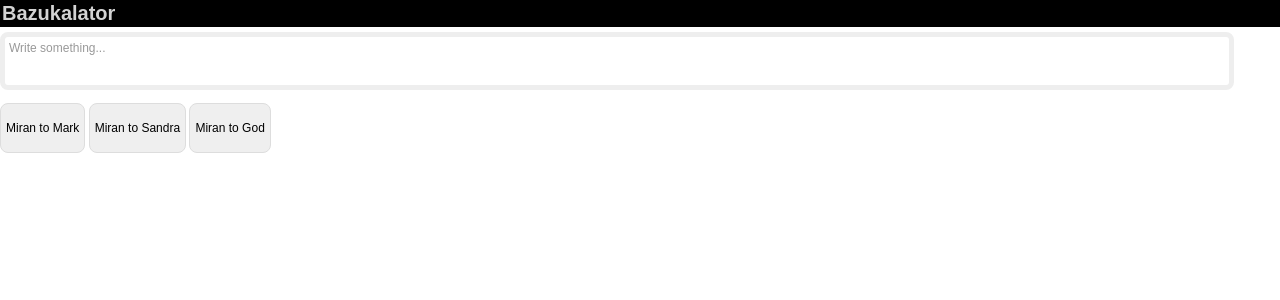
Repository: mbadzak/bazukalator
Page: Bazukalator/assets/www/index.html
An editor plug-in stored every save of this project. The page is shown before and after the next save, followed by the edit.
The browser window is 1280 px wide. The pictures show the whole page.

Above is the page before, as saved 2012-10-14 06:00:36.

### Bazukalator/assets/www/index.html
<!DOCTYPE HTML>
<html>
<head>
<title>Hello World</title>
<script type="text/javascript" charset="utf-8" src="cordova-2.1.0.js"></script>
<script type="text/javascript" src="jquery.min.js"></script>
<script type="text/javascript" src="jquery.autosize-min.js"></script>
<script type="text/javascript" src="utl.js"></script>

<link type="text/css" href="style.css" rel="stylesheet">
<style>
.lang_button {
  height: 50px;
  padding: 5px;
}
.post_box {
  padding: 5px;
  position: relative;
  top: 1px;
}
body {
  background-image: none;
}
.this_page {
  text-align: left;
  background-size: 100%;
  background-attachment: fixed;
  background-repeat: repeat-x;
}
</style>

</head>
<body>


<script type="text/javascript">
    var orig_text = "";
</script>
<div class="this_page">
  <div class="generic_heading" style="color: lightgray; background: black; padding: 2px;">
    Bazukalator
  </div>
  <div style="margin-top: 5px; text-align: left;">
    <textarea name="msg"
              id="msg"
              onFocus="utl_clear_text_field(this, 'Write something...');"
              class="generic_box"
              style="width: 95%; height: 40px; border: 5px solid #eeeeee; z-index: 1;"
              autocomplete="off">Write something...</textarea>
  </div>
  <div style="margin-top: 10px;">
    <input type="button"
           id="btn_submit1"
           class="lang_button"
           value="Miran to Mark">
    <input type="button"
           id="btn_submit2"
           class="lang_button"
           value="Miran to Sandra">
    <input type="button"
           id="btn_submit3"
           class="lang_button"
           value="Miran to God">
  </div>

  <div id="post" style="margin: 20px 0px 0px 5px; text-align: left; display: none; ">
    <div style="float: left; clear: both; width: 50%; font-size: 11px;">
      <input type="radio"
           id="post_facebook"
           class="post_box"
           checked="checked"
           value="Post to Facebook">
           <img class="button_img img_norad" src="img/fb-icon.png" width="15" height="15">
           Facebook
    </div>
    <div style="float: left; width: 50%; font-size: 11px;">
      <input type="radio"
           id="post_twitter"
           class="post_box"
           checked="checked"
           value="Post to Facebook">
           <img class="button_img img_norad" src="img/twitter-icon.png" width="15" height="15">
           Twitter
    </div>
  </div>
  <div id="post2" style="display: none; margin-top: 55px; margin-left: 0px;">
      <input type="button" value="Post" style="padding: 5px;">
  </div>
</div>
<script type="text/javascript">
    $("#btn_submit1").click(function() { submit(1); });
    $("#btn_submit2").click(function() { submit(2); });
    $("#btn_submit3").click(function() { submit(3); });

    function submit(lang) {
        if (orig_text == "")
            orig_text = $("#msg").val();

        var req = orig_text;
        if (req == "")
            return;

        $.post("http://localhost:8080/index.php/translator/svc",
              { req: req, lang: lang },
              function(data) {
             	$("#msg").val(data);
                $("#post").css("display", "block");
                $("#post2").css("display", "block");
              }
        );
    }

    function reset()
    {
    	$('#msg').val('');
        orig_text = "";
        $("#post").css("display", "none");
        $("#post2").css("display", "none");
    }

</script>

</body>
</html>

### Bazukalator/assets/www/jquery.autosize-min.js
// Autosize 1.7 - jQuery plugin for textareas
// (c) 2011 Jack Moore - jacklmoore.com
// license: www.opensource.org/licenses/mit-license.php
(function(a,b){var c="hidden",d='<textarea style="position:absolute; top:-9999px; left:-9999px; right:auto; bottom:auto; box-sizing:content-box; word-wrap:break-word; height:0 !important; min-height:0 !important; overflow:hidden">',e=["fontFamily","fontSize","fontWeight","fontStyle","letterSpacing","textTransform","wordSpacing"],f="oninput",g="onpropertychange",h=a(d)[0];h.setAttribute(f,"return"),a.isFunction(h[f])||g in h?a.fn.autosize=function(b){return this.each(function(){function p(){var a,b;m||(m=!0,j.value=h.value,j.style.overflowY=h.style.overflowY,j.style.width=i.css("width"),j.scrollTop=0,j.scrollTop=9e4,a=j.scrollTop,b=c,a>l?(a=l,b="scroll"):a<k&&(a=k),h.style.overflowY=b,h.style.height=h.style.minHeight=h.style.maxHeight=a+o+"px",setTimeout(function(){m=!1},1))}var h=this,i=a(h).css({overflow:c,overflowY:c,wordWrap:"break-word"}),j=a(d).addClass(b||"autosizejs")[0],k=i.height(),l=parseInt(i.css("maxHeight"),10),m,n=e.length,o=i.css("box-sizing")==="border-box"?i.outerHeight()-i.height():0;l=l&&l>0?l:9e4;while(n--)j.style[e[n]]=i.css(e[n]);a("body").append(j),g in h?f in h?h[f]=h.onkeyup=p:h[g]=p:h[f]=p,a(window).resize(p),i.bind("autosize",p),p()})}:a.fn.autosize=function(){return this}})(jQuery);

### Bazukalator/assets/www/utl.js
String.prototype.trim = function() {
    return this.replace(/^\s+|\s+$/g, "");
};
String.prototype.trim_newline = function() {
	return this.replace(/(\r\n|\n|\r)/gm,"");
};

/*
 * utl_clear_text_field
 * IN	field	field to clear
 */
function utl_clear_text_field(field, init_value) {
	if (field.value.toString() == init_value.toString())
		field.value = "";
	field.style.color = "#000000";
	field.style.background = "#FFFFFF";
}

function utl_clear_text_field_id(id, init_value)
{
	var field = document.getElementById(id);
	return utl_clear_text_field(field, init_value);
}

function utl_clear_password_field(disp_p, real_p) {
	var dp = document.getElementById(disp_p);
	var rp = document.getElementById(real_p);
	dp.style.display = "none";
	rp.style.display = "inline";

	rp.focus();
}

function utl_reset_password_field(disp_p, real_p) {
	var dp = document.getElementById(disp_p);
	var rp = document.getElementById(real_p);
	if (rp.value == "") {
		dp.style.display = "inline";
		rp.style.display = "none";
		dp.value = "Password";
	}
}

function utl_reset_text_field(field, value) {
	if (field.value == "") {
		field.value = value;
		field.style.color = "#999999";
	}
}

function utl_focus(id)
{
	var elem = document.getElementById(id);
	elem.focus();
}

function utl_is_int(a)
{
	return parseInt(a, 10) === a;
}
function utl_handle_enter(field, event)
{
	if (event.keyCode == 13) {
		$(field).closest('form').submit();
		return false;
	}
	return true;
}

/**
 * @deprecated use jquery plugin instead
 * @param field
 * @param event
 * @param max_per_line
 */
function utl_expand_texarea_as_you_go(field, event, max_per_line)
{
	var chars = field.value.length;
	var rows = chars / max_per_line;
	var newline_count;
	var total_size = 18;
	var modified = false;

	if (chars == 0) return;

	newline_count = (field.value.split('\n')).length - 1;

	if (utl_is_int(rows))
	{
		total_size += (rows * 12);
		modified = true;
	}

	if (newline_count > 0) {
		total_size += (newline_count * 16);
		modified = true;
	}

	if (modified)
		field.style.height = total_size + "px";
}

/*
 * utl_toggle_visibility
 * IN	field	field to clear
 */
function utl_toggle_visibility(field) {
	var fl = document.getElementById(field);
	fl.style.display = (fl.style.display == "block") ? "none" : "block";
}

/*
 * utl_toggle_visibility
 * IN	field	field to show
 */
function utl_show_field(field) {
	var fl = document.getElementById(field);
	if (fl == null)
		return;
	fl.style.display = "block";
}

function utl_hide_field(field) {
	var fl = document.getElementById(field);
	if (fl == null)
		return;
	fl.style.display = "none";
}

function utl_show_obj(obj)
{
	obj.style.display = "block";
}
function utl_hide_obj(obj)
{
	obj.style.display = "none";
}


function generate_uuid()
{
	/* credit: http://stackoverflow.com/questions/105034/how-to-create-a-guid-uuid-in-javascript */
	var uuid = 'xxxxxxxx-xxxx-4xxx-yxxx-xxxxxxxxxxxx'.replace(/[xy]/g, function(c) {
	    var r = Math.random()*16|0, v = c == 'x' ? r : (r&0x3|0x8);
	    return v.toString(16);
	});

	return uuid;
}

### Bazukalator/assets/www/style.css
* {
	font-family: Arial, Geneva, Helvetica, sans-serif;
	font-size: 12px;
	outline-width: 0px;
}
body {
 	margin: 0px;
 	text-align: center;
}
textarea {
	resize: none;
}
textarea, select,
input {
	border: 1px solid #DDD;
	-moz-border-radius: 8px;
  	-webkit-border-radius: 8px;
  	border-radius: 8px;
  	behavior: url(../../../pie/PIE.php);
}
select {
	border: 1px solid #DDD;
}

.browse_image_button,
.generic_button,
.generic_button_cancel,
.loginbutton {
	font-size: 12px;
	background-color: #22370B;
	color: #FFFFFF;
	text-decoration: none;
	padding: 4px 6px 4px 6px;
	border: 0px none;
	font-weight: bold;
	width: auto;
	overflow: visible;
	margin: 0px 0px 0px 0px;
	cursor: default;

	-moz-border-radius: 8px;
  	-webkit-border-radius: 8px;
  	border-radius: 8px;
  	behavior: url(../../../pie/PIE.php);

  	cursor: pointer;
}
.generic_button:hover {
	background-color: #6EA000;
}
.generic_button_cancel:hover {
	background-color: #ffffff;
}
<!--[if IE]>
<style>
.browse_image_button,
.generic_button,
.generic_button_cancel,
.loginbutton {
    width: 0px;
}
</style>
<![endif]-->

.loginbutton {
	width: 30px;
	padding: 0px;
}
.generic_button_cancel {
	color: #000000;
	background-color: #EFF5ED;
}
.browse_image_button {
	background-color: transparent;
	color: #000000;
	border: thin solid #20862F;
	height: 20px;
}

.generic_box,
.generic_box_blank,
.stallboxpost,
.stallboxpostreply,
.searchbox,
.loginbox,
.loginbox_selected {
	font-size: 12px;
	border: 1px solid #DDD;
	padding: 4px;
	margin: 0px;
	color: #999999;
}
.generic_box_blank {
	color: #000000;
}
.loginbox_selected {
	color: #000000;
}
.searchbox {
	border: 0px none;
	width: 135px;
}

.line {
	border-top-width: 1px;
	border-top-style: solid;
	border-top-color: #20862F;
}
.footer {
	clear: both;
	color: white;
	font-size: 12px;
}

.change_picture_link,
.more_teams_link,
.more_games_link,
.vertical_menu_link {
	text-decoration: none;
	border: 0px none;
	font-weight: bold;
	cursor: pointer;
}
.menu_link {
	cursor: pointer;
	padding: 10px;
	bottom: +10px;
	position: relative;
	font-weight: bold;
}
.more_games_link,
.more_teams_link {
	color: #1B7027;
}
.more_games_link {
	margin-bottom: 20px;
}
.vertical_menu_link {
	width: 150px;
	float: left;
}
.change_picture_link {
	font-size: 10px;
	width: 95px;
}
.field_name {
	font-size: 12px;
	color: #000000;
}
.home_sport_listing {
	font-size: 12px;
	color: #000000;
	font-weight: none;
}
.generic_heading,
.user_heading {
	font-size: 20px;
	font-weight: bold;
}

.generic_subheading,
.item_descriptor,
.team_subheading,
.user_subheading {
	font-size: 12px;
	font-weight: bold;
	color: #777777;
}
.user_subheading {
	font-size: 14px;
}
.menu_item_img {
	position:relative;
	bottom:-3px;
	left: -2px;

}
.menu_item {
	padding-left: 10px;
	padding-right: 10px;
	padding-top: 4px;
	padding-bottom: 4px;
	float: left;
	-moz-border-radius: 8px;
	-webkit-border-radius: 8px;
	border-radius: 8px;
	behavior: url(../../../pie/PIE.php);
}
.button_img {
	position:relative;
	bottom:-2px;
	left: -0px;
}
h3,
h1 {
	font-size: 18px;
	font-weight: bold;
}
h3 {
	color: #CCCCCC;
}
h2 {
	font-size: 12px;
}
.small_instructions {
	font-size: 10px;
	color: gray;
}

.team_standings_entry_small {
	font-size: 10px;
	color: #777777;
	font-weight: normal;
}
.stall {
	border-top-width: 0;
	/* border-right-width: thin; */
	border-top-style: solid;
	/* border-right-style: solid; */
	border-top-color: #CCCCCC;
	border-left-width: 0;
	border-left-style: solid;
	border-left-color: #CCCCCC;
}
.league_stats {
	border-top-width: 0px;
	/* border-right-width: thin; */
	border-top-style: solid;
	/* border-right-style: solid; */
	border-top-color: #CCCCCC;
	/* border-right-color: #CCCCCC; */
}
.team_standings_heading,
.team_standings_entry {
	font-size: 12px;
	text-align: center;
}
.team_standings_heading {
	font-weight: bold;
	float: left;
	width:40px;
	height:30px;
}

/*
 * Team and league display headings
 */
.team_upcoming_heading,
.team_results_heading {
	font-weight: bold;
	width: 420px;
	height: 20px;
	clear: both;
	margin-bottom: 5px;
	font-size: 14px;
	text-align: center;
}

.team_results_entry,
.team_upcoming_entry {
	font-size: 12px;
	width: 181px;
	float: left;
}

.team_upcoming_vs {
	font-weight: bold;
	font-size: 18px;
	width: 58px;
	float: left;
	position: relative;
	bottom: +5px;
}
.team_results_score {
	font-weight: bold;
	font-size: 18px;
	width: 25px;
	position: relative;
	bottom: +4px;
}

.team_standings_rank {
	font-weight: bold;
	font-size: 18px;
	clear: both;
	float: left;
	width: 30px;
	height: 30px;
	position: relative;
	bottom: +3px;
}

.team_standings_rank_small {
	font-weight: bold;
	font-size: 10px;
	bottom: 0px;
	clear: both;
	float: left;
	width: 30px;
	height: 30px;
	position: relative;
	top: 2px;
	color: gray;
}

.team_results_info,
.team_upcoming_info_att,
.team_upcoming_info {
	font-size: 10px;
	width: 420px;
}
.team_upcoming_info_att {
	margin: 0px auto;
	clear: both;
	margin-top: 5px;
	text-align: center;
}

/* **************************** */

.stallboxpost,
.stallboxpost_selected {
	border: 0px solid #DDDDDD;
	color: #666666;
	width: 473px;
    height: 15px;
    background: #EFF5ED;
}
.stallboxpost_selected {
	border: 4px solid #EFF5ED;
	width: 407px;
	font-size: 12px;

	-moz-border-radius: 8px;
	-webkit-border-radius: 8px;
	border-radius: 8px;
	behavior: url(../../../pie/PIE.php);

    background: #EFF5ED !important;

    overflow: hidden;
}
.stallboxpostreply,
.stallboxpostreply_selected {
	border: 0px;
	width: 100px;
	height: 15px;
	background: transparent;
	font-size: 11px;
	margin-left: 310px;
}
.stallboxpostreply_selected {
	width: 372px;
	border: 4px solid #EFF5ED;
	margin-left: 0px;
	-moz-border-radius: 8px;
	-webkit-border-radius: 8px;
	border-radius: 8px;
	behavior: url(../../../pie/PIE.php);

	background: #EFF5ED !important;

	overflow: hidden;

	margin-bottom: 10px;
}
#stallboxpost_thumb {
	width: 60px;
	float: left;
	display: none;
}

.stallpostreply,
.stallpost {
	background-color: #EFF5ED;
	text-align: left;

	-moz-border-radius: 8px;
	-webkit-border-radius: 8px;
	border-radius: 8px;
	behavior: url(../../../pie/PIE.php);
}
.stallpostreply_entry_hidden,
.stallpostreply_entry {
	clear: both;
	padding-top: 3px;
	padding-left: 60px;
}
.stallpostreply_entry_hidden {
	display: none;
}
.stallpostreply_entry_show {
	clear: both;
	padding: 2px;
	margin: 0px 0px 8px 60px;
	-moz-border-radius: 8px;
	-webkit-border-radius: 8px;
	border-radius: 8px;
	behavior: url(../../../pie/PIE.php);
	background: #EFF5ED;
	text-align: center;
	font-size: 10px;
	font-weight: bold;
	width: 150px;
	cursor: pointer;
	color: #1B7027;
}
.stallpostreply_entry_reply {
	clear: both;
	padding: 2px;
	margin: 0px 0px 8px 60px;
	-moz-border-radius: 8px;
	-webkit-border-radius: 8px;
	border-radius: 8px;
	behavior: url(../../../pie/PIE.php);
	background: #EFF5ED;
	text-align: center;
	font-size: 10px;
	font-weight: bold;
	width: 100px;
	cursor: pointer;
	color: #1B7027;
}

.miran {
	background: #EFF5ED !important;
	text-align: left;
	height: 25px;
	float: left;
	clear: both;
	margin-bottom: 10px;
	padding-top: 10px;

	-moz-border-radius: 8px;
	-webkit-border-radius: 8px;
	border-radius: 8px !important;
	behavior: url(../../pie/PIE.php) !important;
}
.stallpostreply {
	float: left;
	padding: 1px 8px 1px 8px;
	width: 356px;
	border-top-width: 0px;
	background: none;
}
.stallpost {
	float: left;
	padding: 3px 12px 3px 12px;
	width: 396px;
	margin-bottom: 5px;
}

.stallpost_delete {
	bottom: 0px;
	color: #FFFFFF !important;
	background: #22370B;
	padding: 0px 2px 0px 2px;
	margin-left: 8px;
	position: relative;
	left: 12px;
	-moz-border-radius: 8px;
	-webkit-border-radius: 8px;
	border-radius: 8px !important;
	behavior: url(../../pie/PIE.php) !important;
}

.stall_message_body_reply,
.stall_message_body {
	font-size: 11px;
	padding-top: 5px;
	padding-bottom: 5px;
	padding-right: 5px;
	width: 400px;
	overflow: hidden;
}
.stall_message_body_reply {
	width: 380px;
	padding-top: 0px;
}
.stall_message_descriptor_main,
.stall_message_descriptor {
	font-size: 10px;
	color: #777777;
	margin-bottom: 4px;
}
.stall_message_descriptor_main {
	float: left;
	position: relative;
	margin-right: 10px;
	top: +2px;
}
#stall_write_first {
	float: left;
	clear: both;
	position: relative;
	bottom: +4px;
}

.tab_first,
.tab_first_inactive {
	float: left;
	font-size: 13px;
	font-weight: bold;
	color: #FFFFFF;
	background-color: #385C12;
	padding-left: 14px;
	padding-right: 14px;
	padding-top: 4px;
	padding-bottom: 4px;
	margin-left: 8px;
	margin-right: 8px;
	text-align: center;
	vertical-align: middle;
	cursor: pointer;
	-moz-border-radius: 8px;
  	-webkit-border-radius: 8px;
  	border-radius: 8px;
  	behavior: url(../../../pie/PIE.php);
}
.tab_first_inactive {
	background-color: #EFF5ED;
	color: #000000;
}
.tab_menus {
	float: left;
	clear: both;
	padding-top: 5px;
}

.link,
a {
	font-weight: bold;
	color: #1B7027;
	text-decoration: none;
}

.name_link {
	color: #FFFFFF;
	text-decoration: none;
}
.off_link {
	color: #FFFFFF;
	text-decoration: none;
}

.error_text {
	color: #F33C21;
	font-weight: bold;
}

#error {
	color: #F33C21;
	font-weight: bold;
	padding: 10px;
	display: none;
}
#error_check {
	text-align: left;
	padding: 10px;
	background: #fff;
}
.notification,
#notification {
	color: #000000;
	margin: 0px auto;
    text-align: center;
    background: #FFFFB2;
    padding: 10px;
	-moz-border-radius: 8px;
  	-webkit-border-radius: 8px;
  	border-radius: 8px;
  	behavior: url(../../../pie/PIE.php);
}
#info {
	color: #000000;
}
form {
	margin: 0px;
	border: 0px;
}
.footer_text{
	color: #ffffff;
	font-size: 10px;
}
textarea {
	overflow: auto;
}

img {
	border-style: none;
	-moz-border-radius: 8px;
  	-webkit-border-radius: 8px;
  	border-radius: 8px;
  	behavior: url(../../../pie/PIE.php);
}
.img_norad {
	-moz-border-radius: 0px;
  	-webkit-border-radius: 0px;
  	border-radius: 0px;
  	behavior: url(../../../pie/PIE.php);
}

#main_container {
	clear: both;
	width: 960px;
	margin: auto;
}

#forgot_password {
	margin-top: 5px;
}


/************ manage forms ************/
.pref_page {
	margin: 0 auto;
	text-align: left;
	width: 960px;
}
.pref_left {
	width: 220px;
	clear: both;
	float: left;
	height: 50px;
	padding-right: 30px;
	text-align: right;
}
.pref_right {
	width: 679px;
	float: left;
	border-left-color: #DDDDDD;
	border-left-style: solid;
	border-left-width: 1px;
	padding: 5px 0px 0px 30px;
	text-align: left !important;
}
.pref_left_heading {
	float: right;
	clear: both;
	font-size: 18px;
	font-weight: bold;
	text-align: left !important;
}
.pref_left_subheading {
	float: right;
	clear: both;
	font-size: 16px;
	margin-top: 25px !important;
	text-align: left !important;
}
#pref_manage_heading {
	margin-bottom: 25px;
	float: left;
	clear: both;
	width: 177px;
	font-size: 14px;
	font-weight: bold;
	text-align: left;
	cursor: pointer;
}
#pref_manage_subheading {
	margin-bottom: 25px;
	float: left;
	color: gray;
	width: 380px;
	font-size: 10px;
	text-align: left;
	cursor: pointer;
	position: relative;
	top: +2px;
}
#pref_manage_entry {
	float: left;
	clear: both;
	width: 679px;
	text-align: left;
}
#pref_manage_entry_img {
	float: left;
	width: 25px;
	text-align: left;
}
#pref_manage_entry_label {
	float: left;
	font-size: 12px;
	width: 150px;
	position: relative;
	top: +3px;
	text-align: left;
}
#pref_manage_entry_content {
	float: left;
	width: 500px;
	text-align: left;
}
#pref_manage_buttons {
	float: left;
	clear: both;
	width: 520px;
	padding-left: 178px;
	margin-top: 15px;
	margin-bottom: 20px;
    text-align: left;
}
#pref_manage_buttons_left {
	float: left;
	clear: both;
}
#pref_group1,
#pref_group2,
#pref_group3,
#pref_group4
{
	display: none;
}
#pref_group_visible
{
	display: block;
}

.pref_error {
	width: 580px;
	border-left-width: 1px;
	border-left-style: solid;
	border-left_color: red;
}

.shadow {
  -moz-box-shadow:    10px 10px 10px 0px #eee;
  -webkit-box-shadow: 10px 10px 10px 0px #eee;
  box-shadow:         10px 10px 10px 0px #eee;
}
.new_left {
	float: left;
	clear: both;
}

/* Search */
.search_page {
	width: 960px;
	min-height: 400px;
	margin: 0 auto;
	text-align: center;
}
.search_column {
	width: 250px;
	float: left;
	margin-right: 40px !important;
}
.search_column_header {
	width: 250px;
	font-size: 16px;
	font-weight: bold;
	margin-bottom: 15px;
	text-align: left;
}
.search_column_entry {
	width: 250px;
	float: left;
	clear: both;
	height: 40px;
}
.search_column_entry_img {
	width: 40px;
	float: left;
	clear: both;
	padding-right: 5px;
}
.search_column_entry_text {
	width: 205px;
	float: left;
	text-align: left;
	position: relative;
	top: +6px;
}

/* join boxes */
.join_box {
	width: 240px;
	float: right;
	background: #EFF5ED;
	padding: 20px;
	margin-top: 10px;
	-moz-border-radius: 8px;
	-webkit-border-radius: 8px;
	border-radius: 8px;
	behavior: url(../../../pie/PIE.php);
}
.join_header {
	margin: 0px both;
	clear: both;
	text-align: left;
	font-weight: bold;
	font-size: 16px;
	margin-bottom: 15px;
}
.join_entry {
	float: left;
	clear: both;
	height: 30px;
	text-align: left;
}
.join_text {
	float: left;
	clear: both;
	width: 90px;
	position: relative;
	top: +5px;
	text-align: right;
	padding-right: 10px;
}
.join_input {
	float: left;
	width: 210px;
	text-align: left;
}

/* promo */
.promo_container {
	float: left;
	text-align: center;
	margin: 0px auto;
	padding: 10px;
	background: #6ea000;
	-moz-border-radius: 8px;
	-webkit-border-radius: 8px;
	border-radius: 8px;
	behavior: url(../../../pie/PIE.php);
	width: 150px;
	margin-top: 10px;
}
.promo_header {
	float: left;
	clear: both;
	padding: 8px;
 	width: 245px;
	font-size: 16px;
	margin: 50px 20px 8px 0px;
	text-align: left;
	background: #385C12;
	-moz-border-radius: 8px;
	-webkit-border-radius: 8px;
	border-radius: 8px;
	behavior: url(../../../pie/PIE.php);
	color: #FFFFFF;
}
.promo_header_strong {
	font-size: 16px;
	font-weight: bold;
}
.promo_entries {
	float: left;
	text-align: left;
}
.promo_entry {
	float: left;
	width: 639px;
	background: #EFF5ED;
	padding: 20px;
	margin-top: 40px;
	-moz-border-radius: 8px;
	-webkit-border-radius: 8px;
	border-radius: 8px;
	behavior: url(../../../pie/PIE.php);
}
.promo_entry_line1 {
	float: left;
	font-size: 16px;
	font-weight: bold;
	width: 100%;
	cursor: pointer;
}
.promo_entry_line2 {
	float: left;
	font-size: 15px;
	margin-top: 5px;
	width: 100%;
	display: none;
}
.promo_link {
	font-size: 14px;
}

/** other */
.plain_menu_item {
	float: left;
	clear: both;
	margin-top: 10px;
	padding: 5px;
	background: #EFF5ED;
	-moz-border-radius: 8px;
	-webkit-border-radius: 8px;
	border-radius: 8px;
	behavior: url(../../../pie/PIE.php);
}

.main_tag_line {
	-moz-border-radius: 8px;
  	-webkit-border-radius: 8px;
  	border-radius: 8px;
  	behavior: url(../../../pie/PIE.php);
  	padding: 10px;
  	width: 450px;
  	margin: 0px both;
  	clear: both;
  	text-align: center;
  	font-weight: bold;
  	font-size: 28px;
  	margin-bottom: 20px;
  	margin-top: 10px;
  	color: #ffffff;
  	background: #385c12;
}
.main_sport_name {
	width: 95px;
	padding: 3px;
	cursor: default;
   	-moz-border-radius: 8px;
  	-webkit-border-radius: 8px;
  	border-radius: 8px;
  	behavior: url(../../../pie/PIE.php);
	font-weight: bolder !important;
	font-size: 14px !important;
	position: absolute;
	top: 60px;
    left: 10px;
    color: #ffffff;
}
.main_sport_container {
	float: left;
	width: 120px;
	height: 100px;
	text-align: center;
	margin: 0px auto;
	position: relative;
	margin-top: 15px;
}

.attendance_control_main {
	-moz-border-radius: 8px;
	-webkit-border-radius: 8px;
	border-radius: 8px;
	behavior: url(../../../pie/PIE.php);
	width: 180px;
	background: #EFF5ED;
	text-align: center;
	margin: 0px auto;
	padding: 2px;
}

.popup_body {
	background-color: white;
	background: none !important;
}

.generic_page_thin,
.generic_page {
	-moz-border-radius: 8px;
  	-webkit-border-radius: 8px;
  	border-radius: 8px;
  	behavior: url(../../../pie/PIE.php);
  	background: #FFFFFF;
  	padding: 15px;
  	margin: 0px auto;
  	text-align: center;
}
.generic_page_thin {
	padding: 5px;
}

.connections_number {
	font-size: 20px;
}
.connections_desc {
	font-size: 12px;
	clear: both;
	font-weight: bold;
	color: gray;
}

.tsp_carousel {
	-moz-border-radius: 8px;
  	-webkit-border-radius: 8px;
  	border-radius: 8px;
  	behavior: url(../../../pie/PIE.php);

  	width: 930px;
  	height: 350px;
  	margin: 0px auto;
  	text-align: center;
  	padding: 15px;
}
.tsp_carousel_img {
	margin: 0px auto;
	text-align: center;
}

.hidden {
	display: none;
}

.principal_entry {
	float: left;
	width: 210px;
	height: 40px;
	text-align: left;
}
.principal_entry_img {
	float: left;
	clear: both;
	width: 40px;
	height: 40px;
}
.principal_entry_text {
	float: left;
	height: 40px;
	position: relative;
	top: +6px;
}

Loaded but not shown: Bazukalator/assets/www/cordova-2.1.0.js (library); Bazukalator/assets/www/jquery.min.js (library)

After the next save:
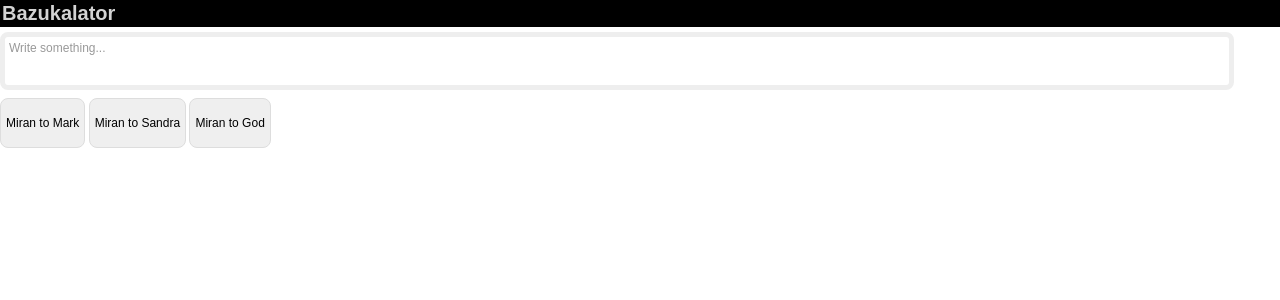
Saved 37 s later.
--- a/Bazukalator/assets/www/index.html
+++ b/Bazukalator/assets/www/index.html
@@ -48,7 +48,7 @@ body {
               style="width: 95%; height: 40px; border: 5px solid #eeeeee; z-index: 1;"
               autocomplete="off">Write something...</textarea>
   </div>
-  <div style="margin-top: 10px;">
+  <div style="margin-top: 5px;">
     <input type="button"
            id="btn_submit1"
            class="lang_button"
